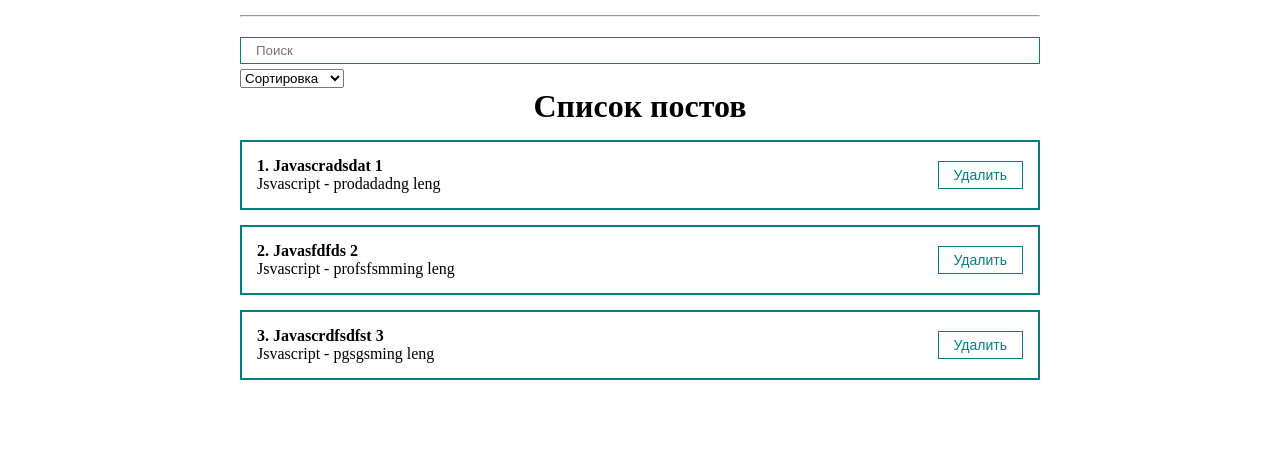
Repository: tsydikov/reactTodo
Page: /
These files come from the project's save history. The page is drawn as it stood at one moment and after the next save; the edit follows.
The browser window is 1280 px wide. The pictures show the whole page.
The project was rebuilt for these pictures with package versions that can differ from the ones it lists, and the page was loaded fresh each time.

Above is the page before, as saved 2021-08-29 17:31:20.

After the next save:
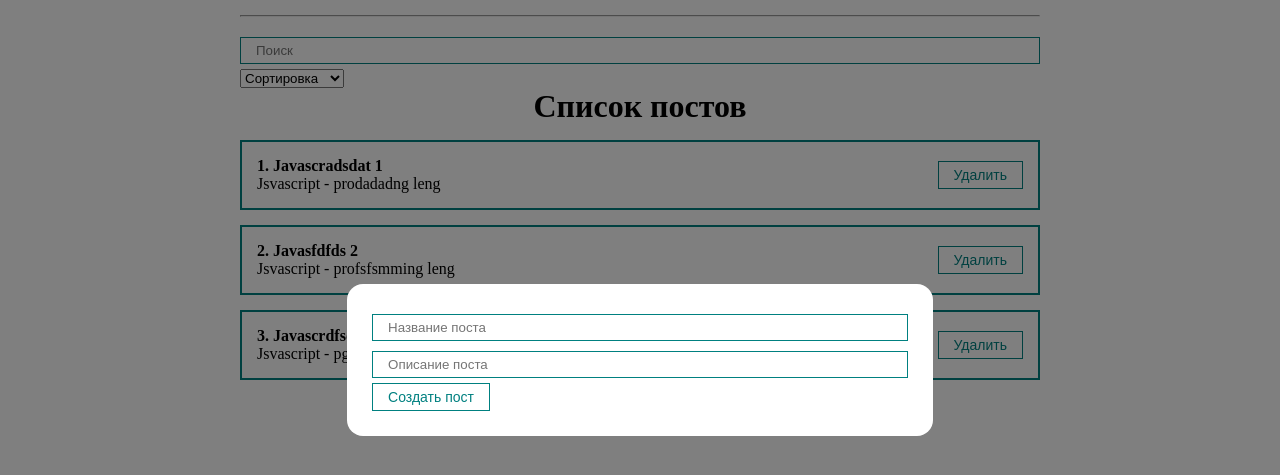
Saved 19 min 29 s later.
--- a/src/App.js
+++ b/src/App.js
@@ -34,7 +34,7 @@
 
   return (
     <div className="App">
-      <MyModal>
+      <MyModal visible={true}>
         <PostForm create={createPost} />
       </MyModal>
       <hr style={{ margin: '15px 0' }} />

After the save that followed:
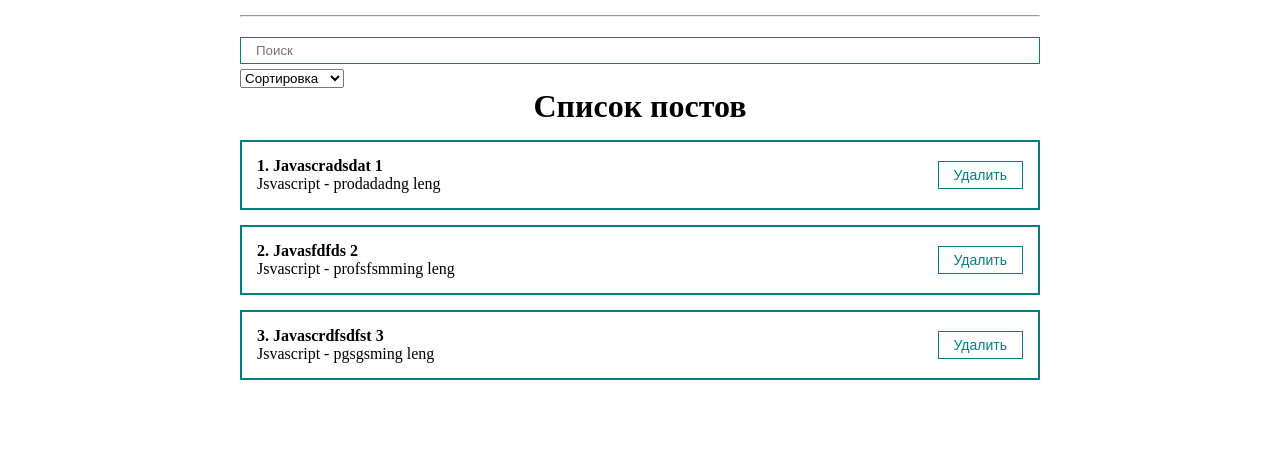
Saved 2 min 40 s later.
--- a/src/App.js
+++ b/src/App.js
@@ -12,6 +12,7 @@
     { id: 3, title: 'Javascrdfsdfst 3', body: 'Jsvascript - pgsgsming leng' }
   ])
   const [filter,setFilter] = useState({sort:'', query:''})
+  const [modal, setModal] = useState(false)
 
   const sortedPosts = useMemo(() => {
     if (filter.sort) {
@@ -34,7 +35,7 @@
 
   return (
     <div className="App">
-      <MyModal visible={true}>
+      <MyModal visible={modal} setVisible={setModal}>
         <PostForm create={createPost} />
       </MyModal>
       <hr style={{ margin: '15px 0' }} />
